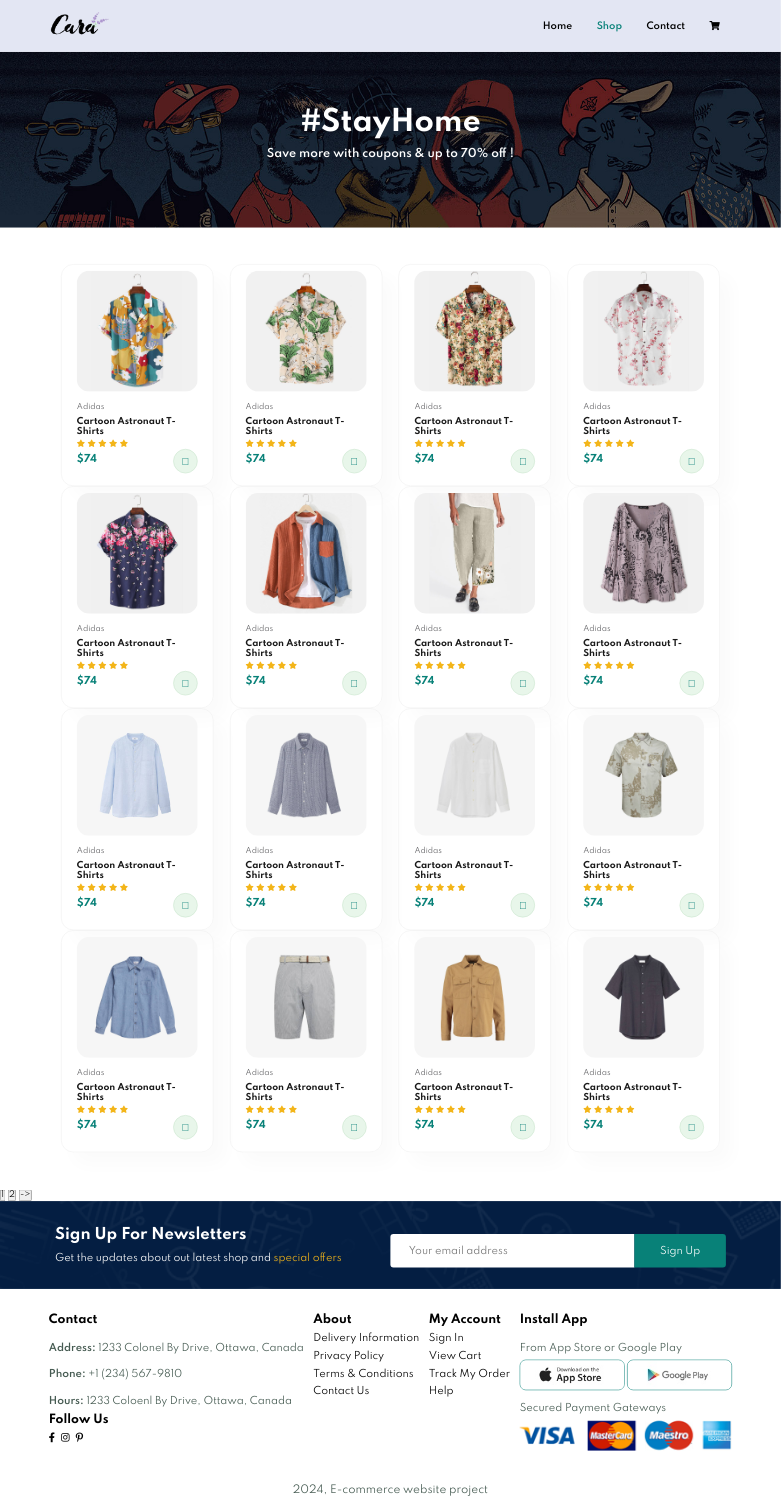
Repository: Daryllgio/E-Commerce-Website-UI
Page: shop.html
An editor plug-in stored every save of this project. The page is shown before and after the next save, followed by the edit.
The browser window is 1280 px wide. The pictures show the whole page, at 61% of full size.
Some web libraries are served in a nearby version.

Above is the page before, as saved 2025-01-01 09:38:31.

After the next save:
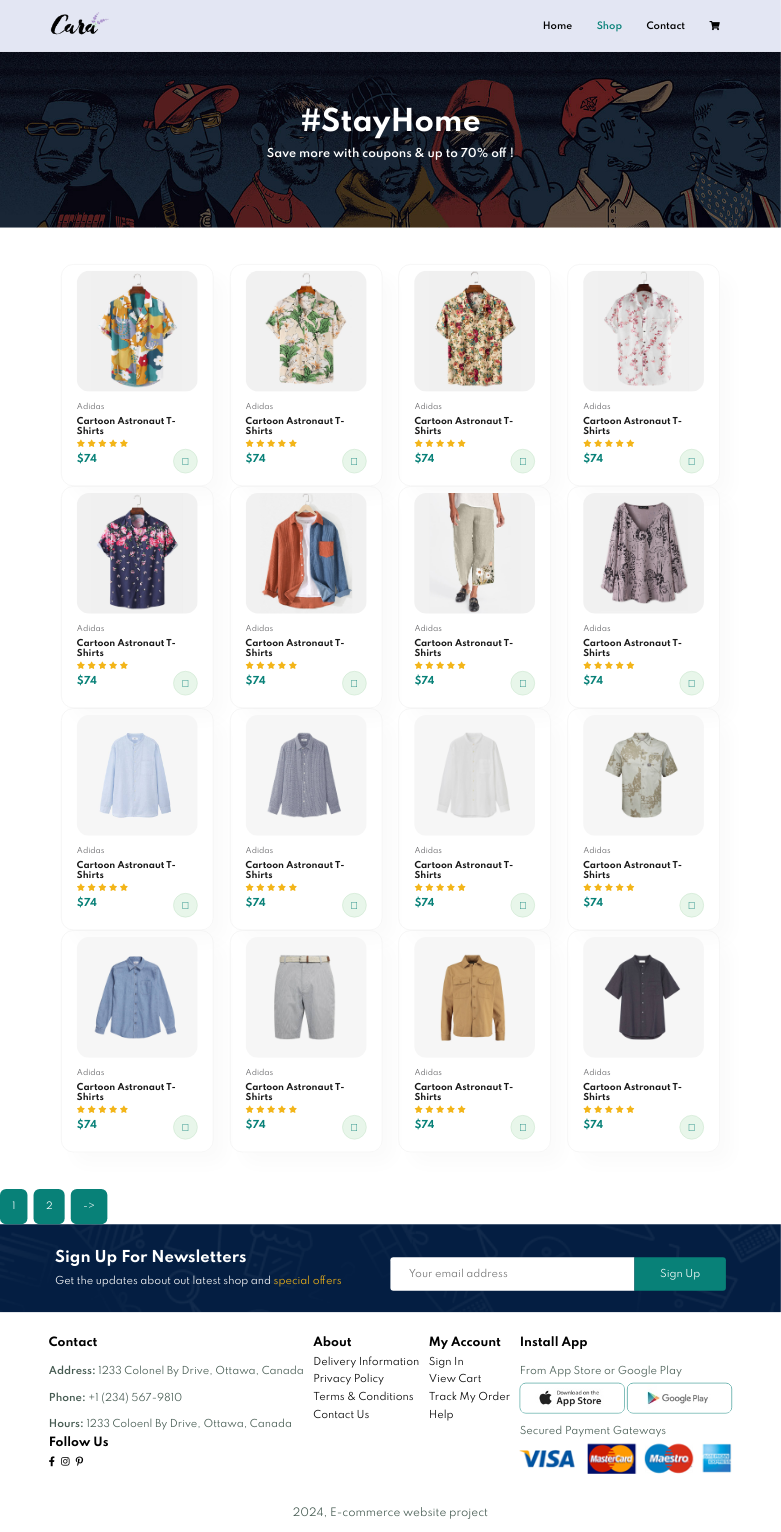
Saved 78 s later.
--- a/style.css
+++ b/style.css
@@ -547,3 +547,18 @@ body {
   font-size: 18px;
   font-weight: 600;
 }
+
+#ShopPagePagination {
+  display: flex;
+  align-items: center;
+}
+
+#ShopPagePagination button {
+  padding: 20px 20px;
+  background-color: #088178;
+  font-size: 15px;
+  border: 0;
+  border-radius: 10px;
+  margin-right: 10px;
+  color: #fff;
+}
